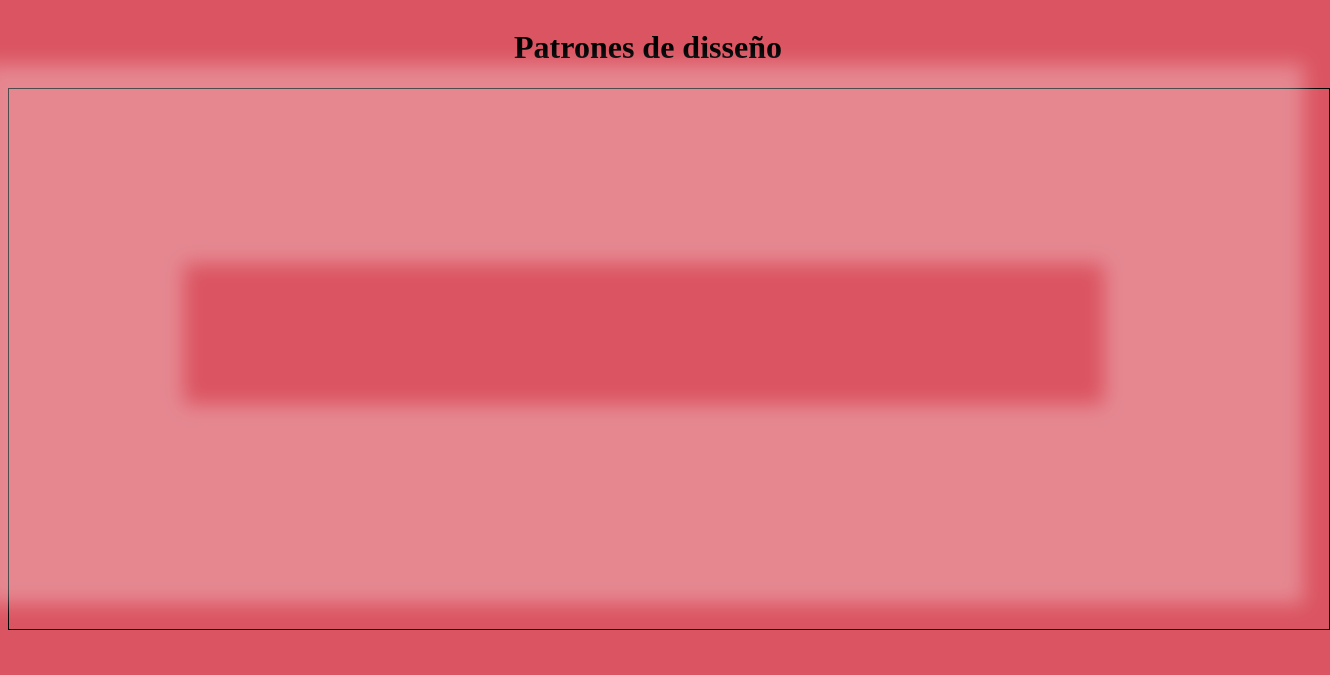
Repository: nrsWebs/design-pattern-es
Page: index.html
These files come from the project's save history. The page is drawn as it stood at one moment and after the next save; the edit follows.
The browser window is 1280 px wide. The page is 1330 px wide, so the pictures cover 1330 px, including what lies to the right of the window. The pictures show the whole page.

Above is the page before, as saved 2021-02-06 18:28:42.

### index.html
<!DOCTYPE html>
<html>
<head>
<script src="https://ajax.googleapis.com/ajax/libs/jquery/3.5.1/jquery.min.js"></script>
<link rel="stylesheet" href="source/main.css">
</head>
<body>
    <div class="main-content">
        <h1>Patrones de disseño</h1>
        <div class="box">
            <div class="glass"></div>
            <div class=""></div>
        </div>
    </div>
</body>
<script>
$(document).ready(function(){
    setTimeout(function(){
        $("p").hide();
    }, 5000);
});
</script>
</html>

### source/main.css
:root {
    --main: #FAFAFA;
    --secondary: rgba(64, 168, 242, 0.35);
    --auxiliar: #DB5461;
    --test: rgba(219, 84, 97, 0.3)
  }
body {
    background-color: var(--auxiliar);
    display: flex;
    justify-content: center;
    width: 100%;
}
.main-content{
    display: flex;
    flex-direction: column;
    justify-content: space-around;
    width: 100%;
    max-width: 1440px;
}
h1{
    text-align: center;
}
.box {
    display: flex;
    flex-direction: column;
    justify-content: space-around;
    width: 100%;
    padding: 20px;
    height: 500px;
    border: 1px solid black;
    position: relative;
}
/* GLASS EFFECT */
.glass{
    background: inherit;
    width: 100%;
    height: 100%;
    overflow: hidden;
}
.glass:before {
    content: '';
    width: 100%;
    height: 100%;
    background: inherit;
    position: absolute;
    left: -25px;
    right: 0;
    top: -25px;
    bottom: 0;
    box-shadow: inset 0 0 0 200px rgba(255,255,255,0.3);
    filter: blur(10px);
}

After the next save:
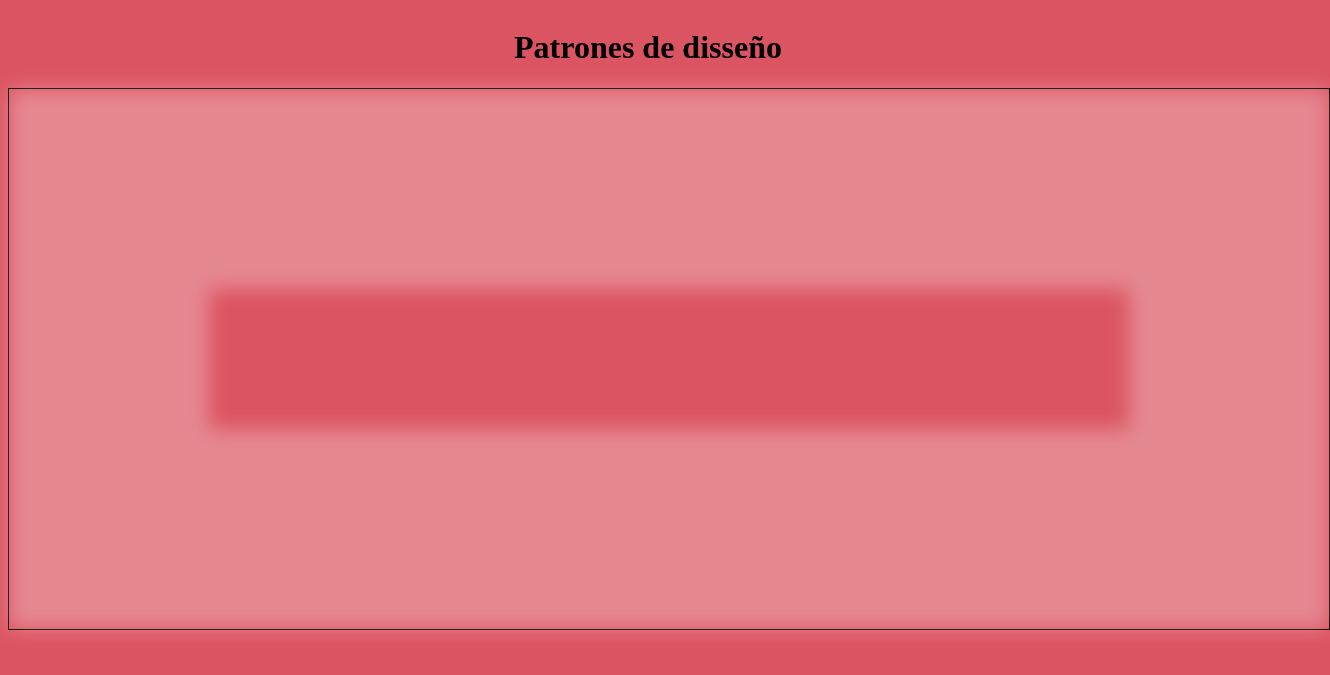
Saved 73 s later.
--- a/source/main.css
+++ b/source/main.css
@@ -43,9 +43,9 @@ h1{
     height: 100%;
     background: inherit;
     position: absolute;
-    left: -25px;
+    left: 0;
     right: 0;
-    top: -25px;
+    top: 0;
     bottom: 0;
     box-shadow: inset 0 0 0 200px rgba(255,255,255,0.3);
     filter: blur(10px);
